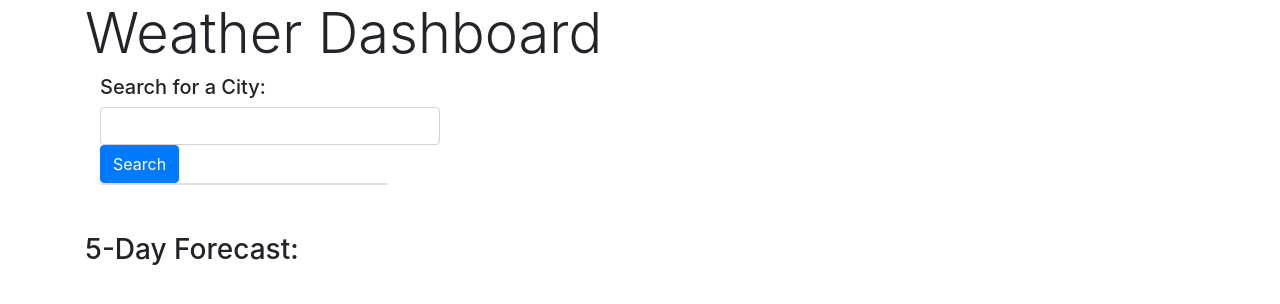
Repository: LaBrewT2/weather-dashboard
Page: index.html
An editor plug-in stored every save of this project. The page is shown before and after the next save, followed by the edit.
The browser window is 1280 px wide. The pictures show the whole page.
Some web libraries are served in a nearby version.

Above is the page before, as saved 2020-11-26 19:52:08.

### index.html
<!DOCTYPE html>
<html lang="en">

<head>
  <meta charset="UTF-8">
  <meta name="viewport" content="width=device-width, initial-scale=1.0">
  <title>Weather Dashboard</title>

<!-- JQuery library -->
<script src="https://cdnjs.cloudflare.com/ajax/libs/jquery/3.2.1/jquery.min.js"></script>
<script src="https://cdnjs.cloudflare.com/ajax/libs/moment.js/2.24.0/moment.min.js"></script>
<!-- Bootstrap CSS-->
<link rel="stylesheet" href="https://maxcdn.bootstrapcdn.com/bootstrap/4.0.0/css/bootstrap.min.css">
</head>

<body>
<!--Page Header -->
<div class="jumbotron-fluid">
  <div class="container">
    <h1 class="display-4">Weather Dashboard </h1>
  </div>
</div>

<!-- Page main container with rows -->
<section>
<div id ="maincontainer" class="container">
  <div class="col-4" id = "searchBlock">

    <form id="search">
    <h5>Search for a City:</h5>
    <input type="text" class="form-control" id="city" aria-describedby="basic-addon3">
    <input class="btn btn-primary" id="search" type="submit" value="Search">

    <div id="list-group" class="card" style="width: 18rem;"></div>

    </form>

  </div>

  <div>

      <div id="search-results">
        <h5 id="city-name"class="city-name" ></h5>
        <img id="icon">
        <p id="temperature"></p>
        <p id="humidity"></p>
        <p id="wind-speed"></p>
      </div>

      <div id="forecast">
        <h3>5-Day Forecast:</h3>
        <div class="row">
          <section class="col daily" id="day1"></section>
          <section class="col daily" id="day2"></section>
          <section class="col daily" id="day3"></section>
          <section class="col daily" id="day4"></section>
          <section class="col daily" id="day5"></section>
        </div>
      </div>

      </div>
      </div>
      </div>
    </section>
</body>
<script rel= stylesheet href= /script.js></script>
</html>

After the next save:
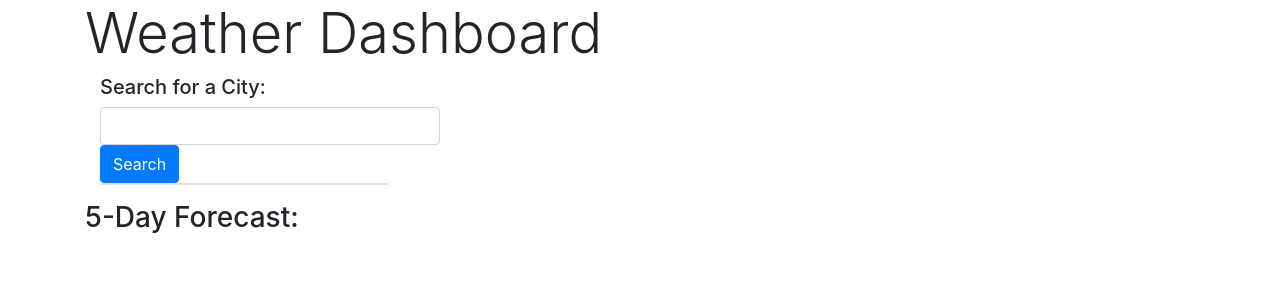
Saved 14 min 15 s later.
--- a/index.html
+++ b/index.html
@@ -41,7 +41,6 @@
 
       <div id="search-results">
         <h5 id="city-name"class="city-name" ></h5>
-        <img id="icon">
         <p id="temperature"></p>
         <p id="humidity"></p>
         <p id="wind-speed"></p>
